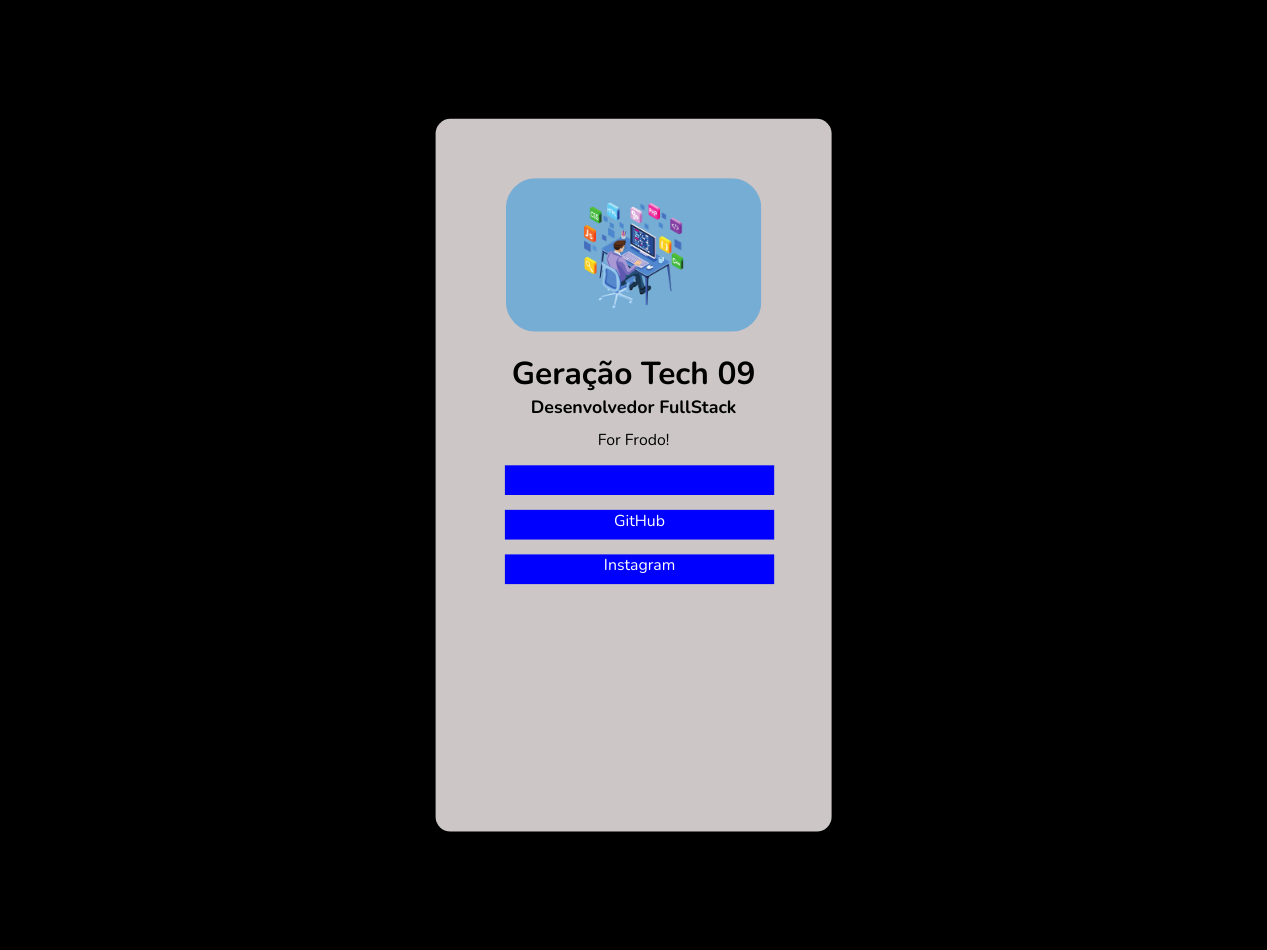
Repository: medeirosregis/linktree-gt09
Page: index.html
These files come from the project's save history. The page is drawn as it stood at one moment and after a run of saves; the edit follows.
The browser window is 1280 px wide. The pictures show the whole page, at 99% of full size.

Above is the page before, as saved 2025-04-11 09:30:49.

### index.html
<!DOCTYPE html>
<html lang="pt-br">
<head>
    <meta charset="UTF-8">
    <meta name="viewport" content="width=device-width, initial-scale=1.0">
    <title>Linktree</title>
    <link rel="stylesheet" href="style.css">
    <link rel="preconnect" href="https://fonts.googleapis.com">
    <link rel="preconnect" href="https://fonts.gstatic.com" crossorigin>
    <link href="https://fonts.googleapis.com/css2?family=Nunito:ital,wght@0,200..1000;1,200..1000&display=swap" rel="stylesheet">

</head>
<body>
    <div class="container-main">
        <div class="container-image">

            <img src="./assets/freelance-work-7308505_1280.png" alt="image-profile"/>
        <div class="container-infos">
            <h1>Geração Tech 09</h1>
            <h2>Desenvolvedor FullStack</h2>
        </div>
        <div class="container-easter-egg">
            <p>For Frodo!</p>
        </div>
        <div class="container-social">
            <ul>
                <a href="https://www.linkedin.com/login/pt" target="_blank">
                <li></li>
                <li>
                    <a href="https://github.com/medeirosregis" target="_blank">
                        GitHub
                </li>
                <li>
                    <a href="https://instagram.com/" target="_blank">
                        Instagram
                </li>
            </ul>
        </div>
    </div>
</body>
</html>

### style.css
*{
    font-family: "Nunito", sans-serif;
    margin: 0;
    padding: 0;
    box-sizing: border-box;

}

body {
    background-color:rgb(0, 0, 0);
}

.container-main {
    background-color: #ccc6c6;
    width: 400px;
    height: 720px;
    box-sizing: border-box;
    margin: 120px auto;
    padding: 60px 70px;
    border-radius: 15px;
    text-align: center;
}

.container-image {
    margin: 0;

    & img {
        width: 258px;
        border-radius: 30px;
    }
}
.container-infos {
    margin-top: 15px;
    margin-bottom: 10px;
}
.container-infos h1 {
    font-weight: 700px;
}
.container-infos h2 {
    font-weight: 600px;
    font-size: 18px;
}
.container-social ul {
    list-style-type: none;
}
.container-social a {
    text-decoration: none;
    color: white;
}
.container-social li {
    width: 272px;
    height: 30px;
    background-color: blue;
    margin: 15px 0;
}

After the next 3 saves:
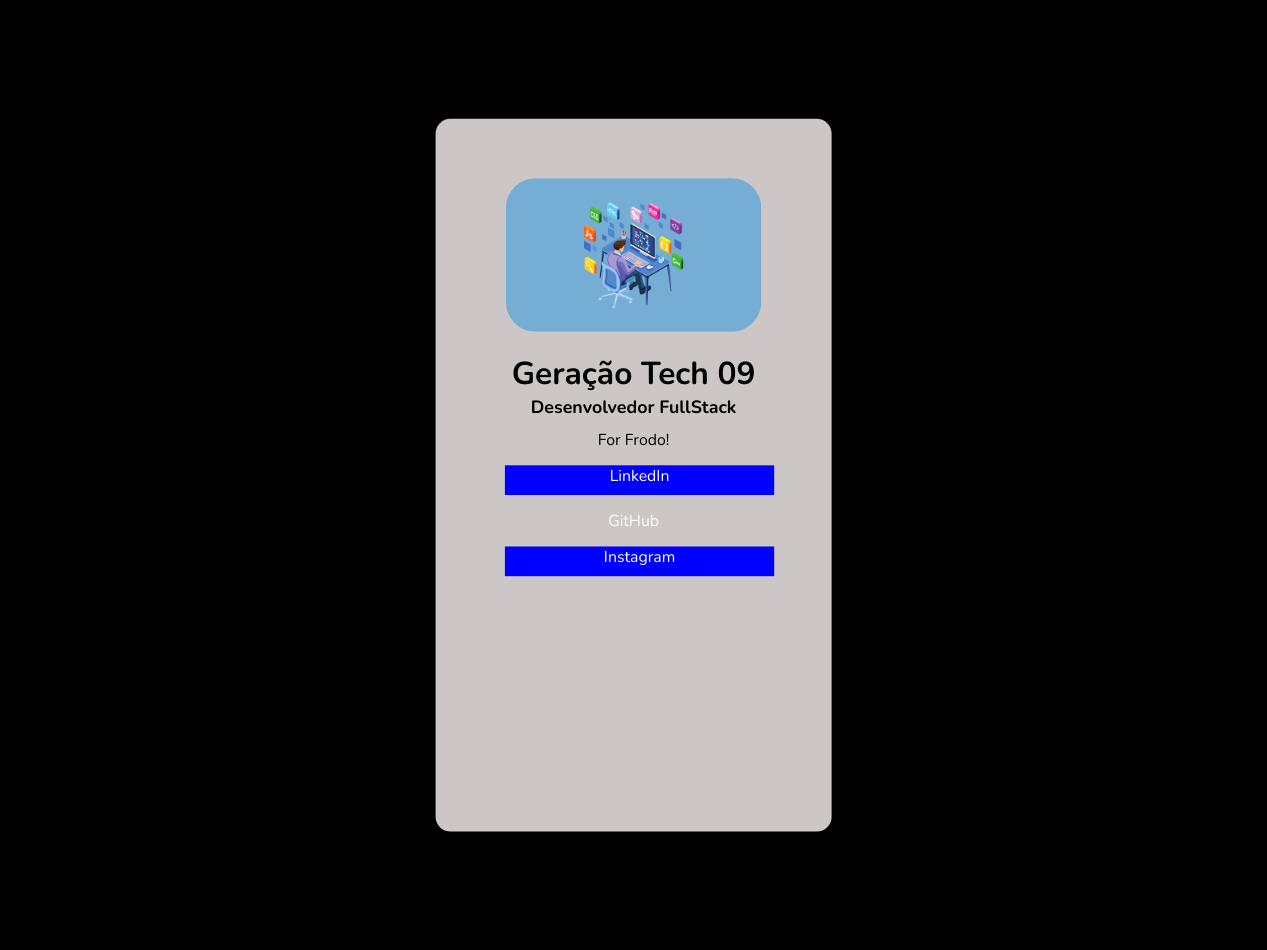
The 3 saves are shown as one change because they came seconds apart.
The last was saved 10 s later.
--- a/index.html
+++ b/index.html
@@ -25,8 +25,8 @@
         <div class="container-social">
             <ul>
                 <a href="https://www.linkedin.com/login/pt" target="_blank">
-                <li></li>
-                <li>
+                <li>LinkedIn</li>
+
                     <a href="https://github.com/medeirosregis" target="_blank">
                         GitHub
                 </li>
